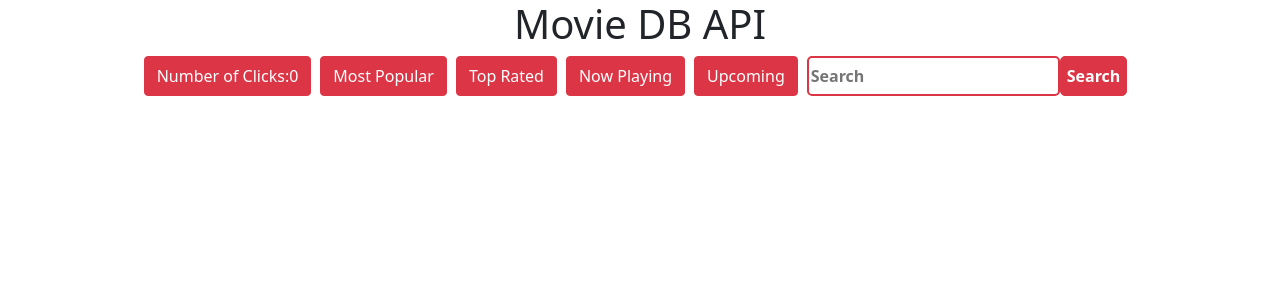
Repository: chaampavictor/moviedbapi
Page: /
An editor plug-in stored every save of this project. The page is shown before and after the next save, followed by the edit.
The browser window is 1280 px wide. The pictures show the whole page.
The page's requests for data from a server got no answer. The project was rebuilt for these pictures with package versions that can differ from the ones it lists, and the page was loaded fresh each time. No one was signed in, and anything a server would have sent is missing. Also part of the build but not shown: src/components/details.js.

Above is the page before, as saved 2022-01-22 12:30:03.

### src/index.css
body {
  margin: 0;
  font-family: -apple-system, BlinkMacSystemFont, "Segoe UI", "Roboto", "Oxygen",
    "Ubuntu", "Cantarell", "Fira Sans", "Droid Sans", "Helvetica Neue",
    sans-serif;
  -webkit-font-smoothing: antialiased;
  -moz-osx-font-smoothing: grayscale;
  background: red;
}

code {
  font-family: source-code-pro, Menlo, Monaco, Consolas, "Courier New",
    monospace;
}

### src/App.js
import React, { useEffect, useState } from "react";
import axios from "axios";
import "./App.css";
import "bootstrap/dist/css/bootstrap.min.css";
import Modal from "react-bootstrap/Modal";

import Button from "react-bootstrap/Button";
import Searchform from "./components/searchform.js";
import Filterbutton from "./components/filterbutton";

import Details from "./components/details";
import { useCallback } from "react";
const api_key = "872c70d736d1ef4484522f734137927d";
const BASE_URL = "https://api.themoviedb.org/3";
const getImage = (path) => `https://image.tmdb.org/t/p/w300/${path}`;

function App() {
  const [data, setData] = useState([]);
  const [details, setDetails] = useState([]);
  const [show, setShow] = useState(false);
  const [count, setCount] = useState(0);
  const handleClose = () => setShow(false);

  const api = axios.create({ baseURL: BASE_URL });

  const getUpcoming = api.get("/movie/popular", { params: { api_key } });

  useEffect(() => {
    getUpcoming.then((res) => {
      setData(res.data.results);
    });
  }, []);

  const GetMostPopular = () => {
    setCount(count + 1);

    const toprated = api.get("/movie/popular", { params: { api_key } });
    toprated.then((res) => {
      console.log("get popular", res.data.results);
      setData(res.data.results);
    });
  };

  const GetTopRated = (res) => {
    setCount(count + 1);

    const toprated = api.get("/movie/top_rated", { params: { api_key } });
    toprated.then((res) => {
      console.log("get top rated", res.data.results);
      setData(res.data.results);
    });
  };

  const PlayingNow = () => {
    setCount(count + 1);
    const name = "now_playing";
    const latest = api.get(`movie/${name}`, { params: { api_key } });
    latest.then((res) => {
      console.log("now_playing movies", res.data);
      setData(res.data.results);
    });
  };

  const GetUpcoming = () => {
    setCount(count + 1);

    const latest = api.get("movie/upcoming", { params: { api_key } });
    latest.then((res) => {
      console.log("latest movies", res.data);
      setData(res.data.results);
    });
  };

  const searchMovie = (name) => {
    setCount(count + 1);

    console.log(name);
    const query = name;
    const latest = api.get("search/movie", { params: { api_key, query } });
    latest.then((res) => {
      setData(res.data.results);
    });
  };

  return (
    <div className="App">
      <h1 style={{ textAlign: "center" }}>Movie DB API</h1>
      <header>
        <div
          style={{
            display: "flex",
            justifyContent: "center",
            alignItems: "center",
            marginBottom: "12px",
          }}
        >
          {/**/}
          <Button variant="danger" className="filterbutton">
            Number of Clicks:{count}
          </Button>
          <Filterbutton
            PlayingNow={PlayingNow}
            GetUpcoming={GetUpcoming}
            GetTopRated={GetTopRated}
            GetMostPopular={GetMostPopular}
          />

          <Searchform handleSubmit={searchMovie} />
        </div>
        <Modal
          aria-labelledby="example-custom-modal-styling-title"
          centered
          size="lg"
          show={show}
          onHide={handleClose}
          animation={true}
        >
          <Details data={details} />
        </Modal>
        <div
          className="explore-card-columns  container-fluid"
          style={{ marginBottom: "100px" }}
        >
          {data.map((movie) => (
            <div className="item">
              <div class="hover01 column">
                <div>
                  <figure>
                    <img
                      onClick={() => {
                        setShow(true);
                        setDetails(movie);
                        setCount(count + 1);
                      }}
                      src={getImage(movie.poster_path)}
                      alt="poster"
                      className="image-item"
                    />
                  </figure>
                </div>
              </div>
            </div>
          ))}
        </div>
      </header>
    </div>
  );
}

export default App;

### src/App.css
.explore-nav {
  padding-top: 30px;
}

.item {
  margin-bottom: 15px;
}

.image-item:hover {
  opacity: 0.5;
}

.container {
  position: relative;
  width: 50%;
}

.modalcontainer {
  background-color: red;
  position: relative;
  font-family: Arial;
}

.submitbutton {
  height: 40px;
  margin-right: 9px;
  background: #dc3545;
  border: #dc3545 1px solid;
  border-radius: 5px;
  color: white;
  font-weight: bolder;
}

.searchbutton {
  border: 2px solid #dc3545;

  height: 40px;
  /* margin-right: 9px; */

  border-radius: 5px;

  font-weight: bolder;
}

.text-block {
  position: absolute;
  bottom: 260px;
  height: 210px;
  /* right: 150px; */
  /* background-color: #000000db; */
  color: white;
  padding-left: 20px;
  padding-right: 20px;
}

.image-item {
  opacity: 1;
  display: block;
  width: 100%;
  height: auto;
  transition: 0.5s ease;
  backface-visibility: hidden;
  border-radius: 52px;
  cursor: pointer;
}

.container:hover .image {
  opacity: 0.3;
}

.container:hover .middle {
  opacity: 1;
}

.text {
  background-color: red;
  color: white;
  font-size: 16px;
  padding: 16px 32px;
}

.modal-header {
  display: flex;
  flex-shrink: 0;
  align-items: center;
  justify-content: space-between;
  padding: 1rem 1rem;
  border-bottom: none !important;
  border-top-left-radius: calc(0.3rem - 1px);
  border-top-right-radius: calc(0.3rem - 1px);
}

.filterbutton {
  height: 40px;
  margin-right: 9px;
  background: red;
  border: red 1px solid;
  border-radius: 5px;
  color: white;
  font-weight: bolder;
}

.figure {
  width: 200px;
  height: 150px;
  margin: 0;
  padding: 0;
  background: #fff;
  overflow: hidden;
}
.figure:hover + span {
  bottom: -36px;
  opacity: 1;
}

/* Zoom In #1 */
.hover01 figure img {
  -webkit-transform: scale(0.9);
  transform: scale(1);
  -webkit-transition: 0.3s ease-in-out;
  transition: 0.3s ease-in-out;
}
.hover01 figure:hover img {
  -webkit-transform: scale(1);
  transform: scale(1.04);
}

.explore-body .card-body:hover {
  /* color: #30adb4; */
  background: "#32c709";
}

.card {
  border: 0px solid rgba(0, 0, 0, 0.125) !important;
}

.user-reaction div {
  padding-right: 20px;
}

.explore-card-columns .card {
  margin-bottom: 0.79rem;
}
@media screen and (min-width: 992px) {
  .explore-card-columns {
    -webkit-column-count: 4;
    -moz-column-count: 4;
    column-count: 4;
    -webkit-column-gap: 1.25rem;
    -moz-column-gap: 1.25rem;
    column-gap: 1.25rem;
  }
  .explore-card-columns .card {
    display: inline-block;
    width: 100%;
  }
}
@media screen and (max-width: 992px) {
  .explore-card-columns {
    -webkit-column-count: 2;
    -moz-column-count: 2;
    column-count: 2;
  }
}
@media screen and (max-width: 600px) {
  .explore-card-columns {
    -webkit-column-count: 1;
    -moz-column-count: 1;
    column-count: 1;
  }
}

### src/components/searchform.js
import React from "react";

import { useCallback, useState } from "react";

export default function Searchform({ handleSubmit, data }) {
  const [name, setName] = useState("");

  return (
    <div>
      <label>
        <input
          type="text"
          value={name}
          onChange={(e) => setName(e.target.value)}
          placeholder="Search "
          className="searchbutton"
        />
      </label>
      <input
        onClick={() => handleSubmit(name)}
        type="submit"
        value="Search"
        className="submitbutton"
      />
    </div>
  );
}

### src/components/filterbutton.js
import React from "react";

import { useCallback, useState } from "react";
import Button from "react-bootstrap/Button";

export default function Filterbutton({
  GetMostPopular,
  GetTopRated,
  PlayingNow,
  GetUpcoming,
}) {
  return (
    <>
      <Button
        variant="danger"
        className="filterbutton"
        onClick={GetMostPopular}
      >
        Most Popular
      </Button>
      <Button variant="danger" className="filterbutton" onClick={GetTopRated}>
        Top Rated
      </Button>
      <Button variant="danger" className="filterbutton" onClick={PlayingNow}>
        {" "}
        Now Playing
      </Button>
      <Button variant="danger" className="filterbutton" onClick={GetUpcoming}>
        {" "}
        Upcoming
      </Button>
    </>
  );
}

Loaded but not shown: public/index.html (common file); src/index.js (common file); src/reportWebVitals.js (common file)

After the next save:
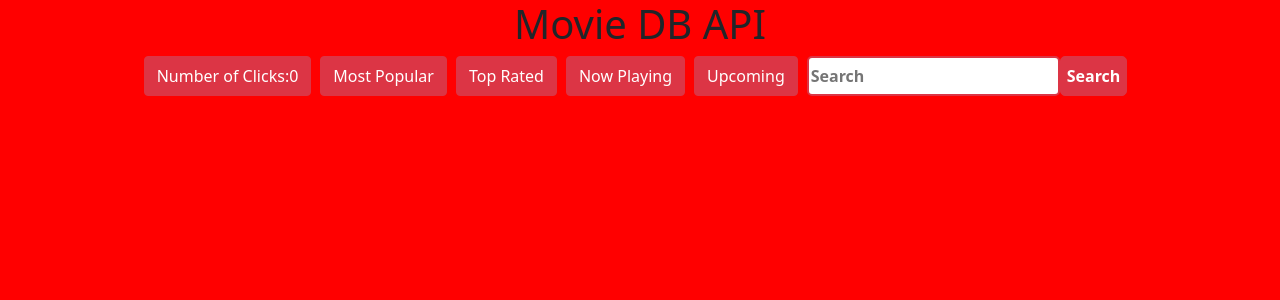
Saved 11 s later.
--- a/src/index.css
+++ b/src/index.css
@@ -5,7 +5,7 @@ body {
     sans-serif;
   -webkit-font-smoothing: antialiased;
   -moz-osx-font-smoothing: grayscale;
-  background: red;
+  background: red !important;
 }
 
 code {
